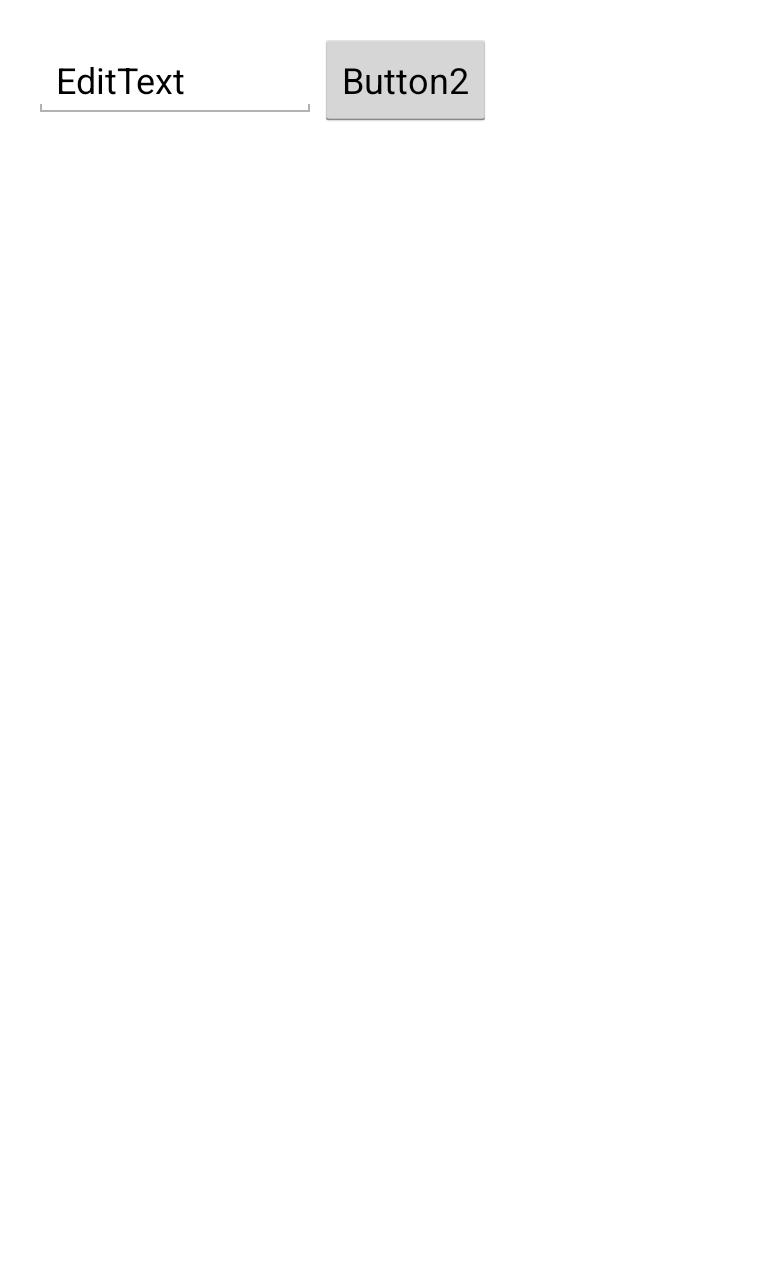
Repository: jinpp/Android
Layout: UILayoutTest/res/layout/activity_main.xml
An editor plug-in stored every save of this project. The layout is shown before and after the next save, followed by the edit.
It is drawn on a 768 x 1280 px phone screen (xhdpi) without system bars, with theme AppTheme; the app's code is not run.

Above is the layout before, as saved 2016-11-16 06:42:51.

After the next save:
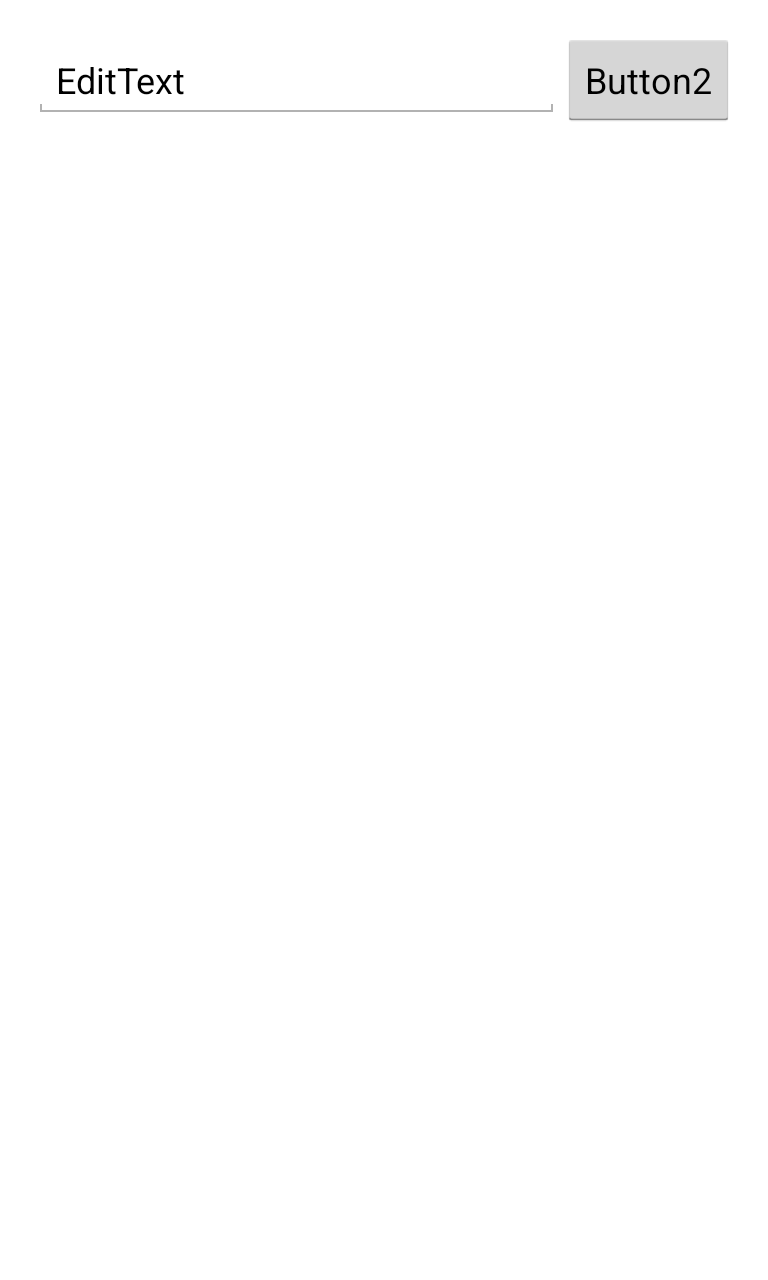
Saved 4 s later.
--- a/UILayoutTest/res/layout/activity_main.xml
+++ b/UILayoutTest/res/layout/activity_main.xml
@@ -13,7 +13,7 @@
         android:id="@+id/edittext"
         android:layout_width="wrap_content"
         android:layout_height="wrap_content"
-        android:layout_weight=""
+        android:layout_weight="3"
         android:hint="Type somthing"
         android:text="EditText" />
 
